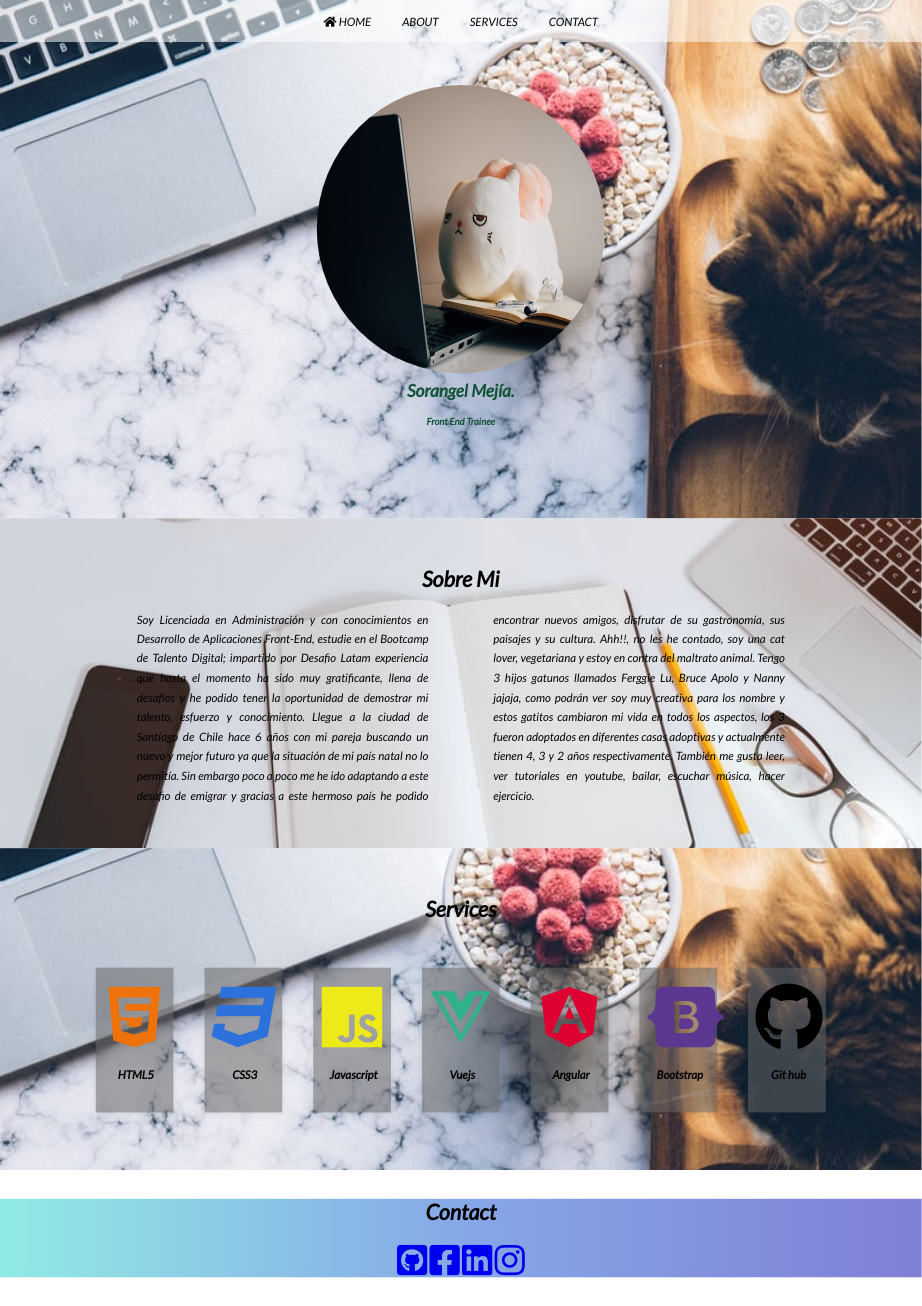
Repository: sory2311/portfolio-css
Page: index.html
An editor plug-in stored every save of this project. The page is shown before and after the next save, followed by the edit.
The browser window is 1280 px wide. The pictures show the whole page, at 72% of full size.
Backgrounds fixed to the window are drawn as part of the page. Some web libraries are served in a nearby version.

Above is the page before, as saved 2021-05-27 18:48:51.

After the next save:
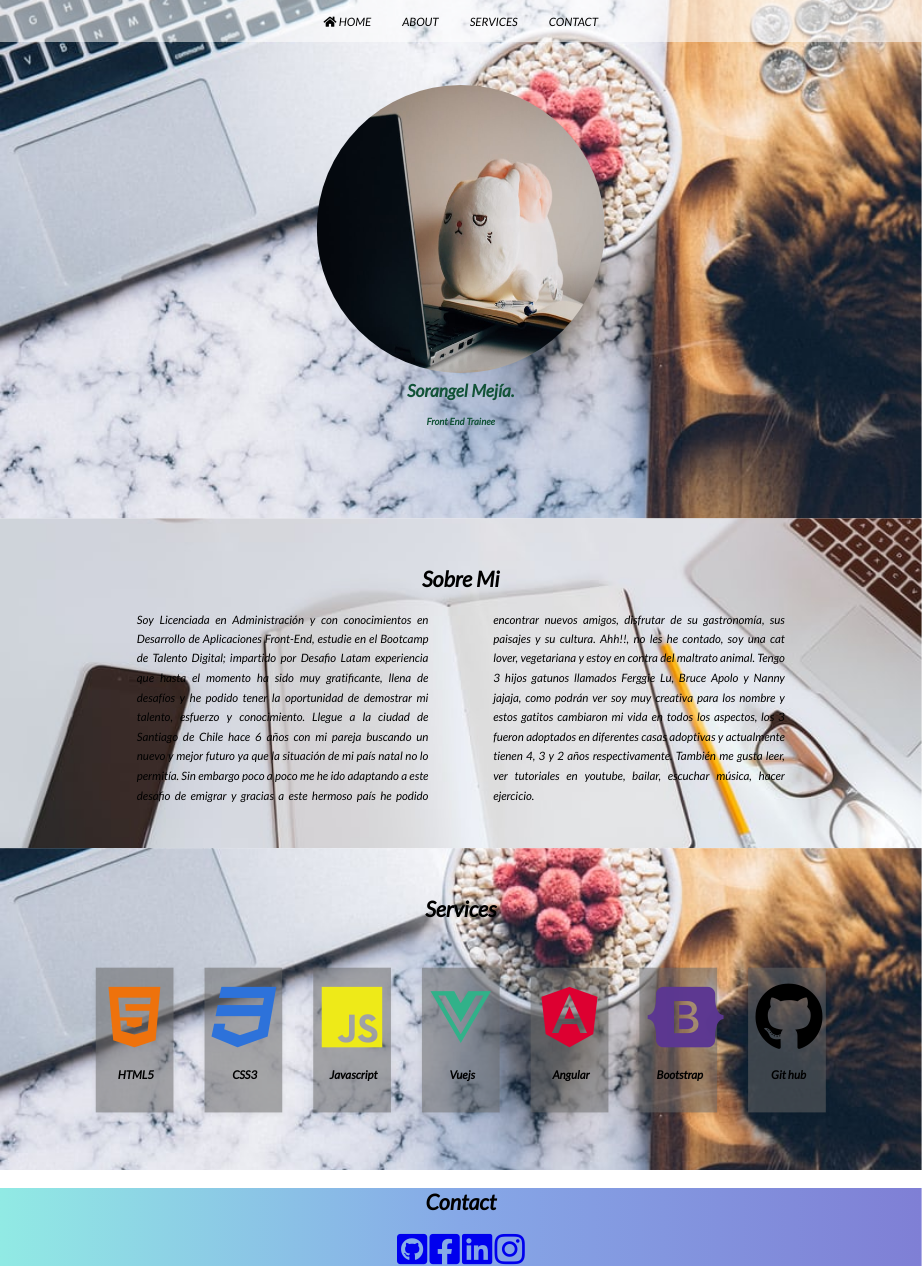
Saved 7 s later.
--- a/css/style.css
+++ b/css/style.css
@@ -198,7 +198,7 @@
     background: #7F7FD5;  /* fallback for old browsers */
     background: -webkit-linear-gradient(to right, #91EAE4, #86A8E7, #7F7FD5);  /* Chrome 10-25, Safari 5.1-6 */
     background: linear-gradient(to right, #91EAE4, #86A8E7, #7F7FD5); /* W3C, IE 10+/ Edge, Firefox 16+, Chrome 26+, Opera 12+, Safari 7+ */
-    margin-block: 40px;
+
 
     /*background-image: url(../img/fondo/fondo3.jpeg);
     background-position: center center;
